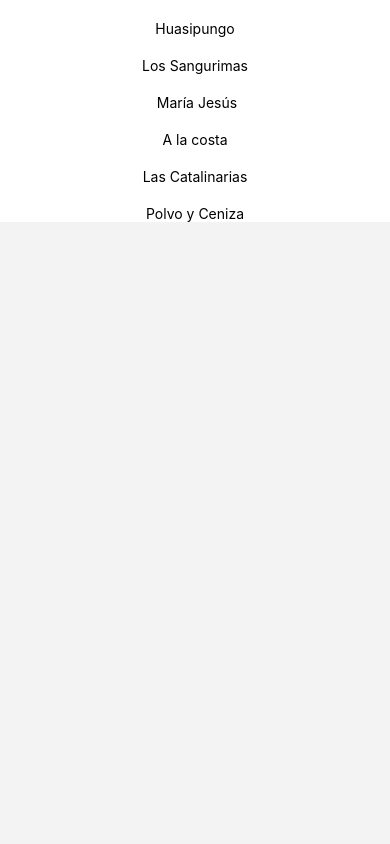
Repository: Henrybaio24/app-lista-libros
Screen: /
The author's editor kept a copy of each file at every save. The screen is drawn from the files as they stood at one save, then again after the next save.
The app was drawn by React Native's web renderer in a window 390 px wide. The project was rebuilt for these pictures with package versions that can differ from the ones it lists, and the page was loaded fresh each time.

Above is the screen before, as saved 2020-02-03 20:01:14.

### App.js
import React, { Component } from 'react';
import {
  StyleSheet,
  Text,
  View,
  FlatList,
} from 'react-native';

export default class EventList extends Component {
  state = {
    libros: []
  }

  componentDidMount() {
    const libros = require('./db.json').libros
    this.setState( { libros })
  }

  render() {
    return(
      <FlatList
        data={ this.state.libros }
        style={ styles.list }
        renderItem={ ({ item }) =>
          <View style={styles.container}>
            <Text>{ item.nombre }</Text>
          </View>
        }
        keyExtractor={ item => item.id }
      />
    )
  }
}

const styles = StyleSheet.create({
  container: {
    paddingTop: 20,
    backgroundColor: '#fff',
    alignItems: 'center',
    justifyContent: 'center',
  },
  list: {
    flex: 1,
    paddingTop: 0,
    backgroundColor: '#F3F3F3'
  },
});

### db.json
{
    "libros":
    [
        {
            "id": 1,
            "nombre": "Huasipungo",
            "autor": "Jorge Icaza",
            "año": 1960
        },
        {
            "id": 2,
            "nombre": "Los Sangurimas",
            "autor": "José de la Cuadra",
            "año": 1903
        },
        {
            "id": 3,
            "nombre": " María Jesús",
            "autor": "Medardo Ángel Silva",
            "año": 1950
        },
        {
            "id": 4,
            "nombre": "A la costa",
            "autor": " Luis Alfredo Martinez",
            "año": 1904
        },
        {
            "id": 5,
            "nombre": "Las Catalinarias",
            "autor": "Juan Montalvo",
            "año": 1832
        },
        {
            "id": 6,
            "nombre": "Polvo y Ceniza",
            "autor": "Eliécer Cárdenas",
            "año": 1950
        }
    ]
}

After the next save:
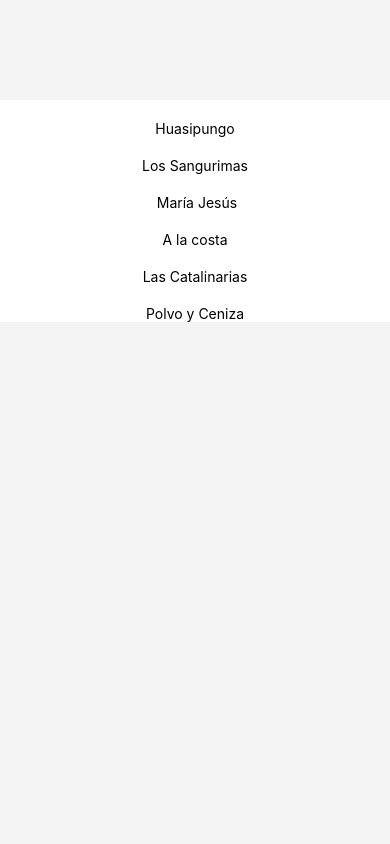
Saved 4 s later.
--- a/App.js
+++ b/App.js
@@ -41,7 +41,7 @@ const styles = StyleSheet.create({
   },
   list: {
     flex: 1,
-    paddingTop: 0,
+    paddingTop: 100,
     backgroundColor: '#F3F3F3'
   },
 });
